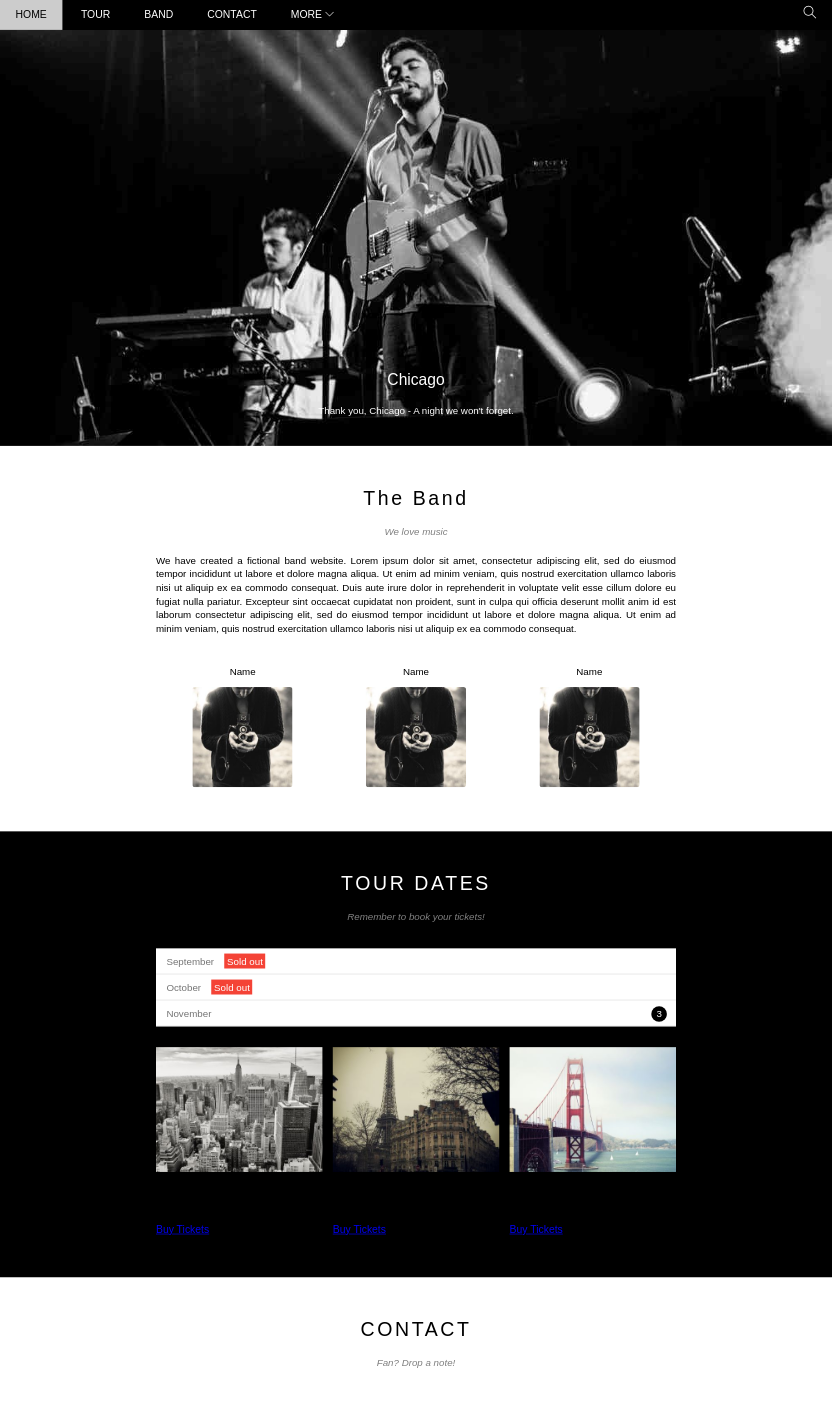
Repository: ducvui2003/LTCB
Page: index.html
An editor plug-in stored every save of this project. The page is shown before and after the next save, followed by the edit.
The browser window is 1280 px wide. The pictures show the whole page, at 65% of full size.
The pointer rests on the first visible `.place-img`.

Above is the page before, as saved 2022-01-10 10:26:25.

After the next save:
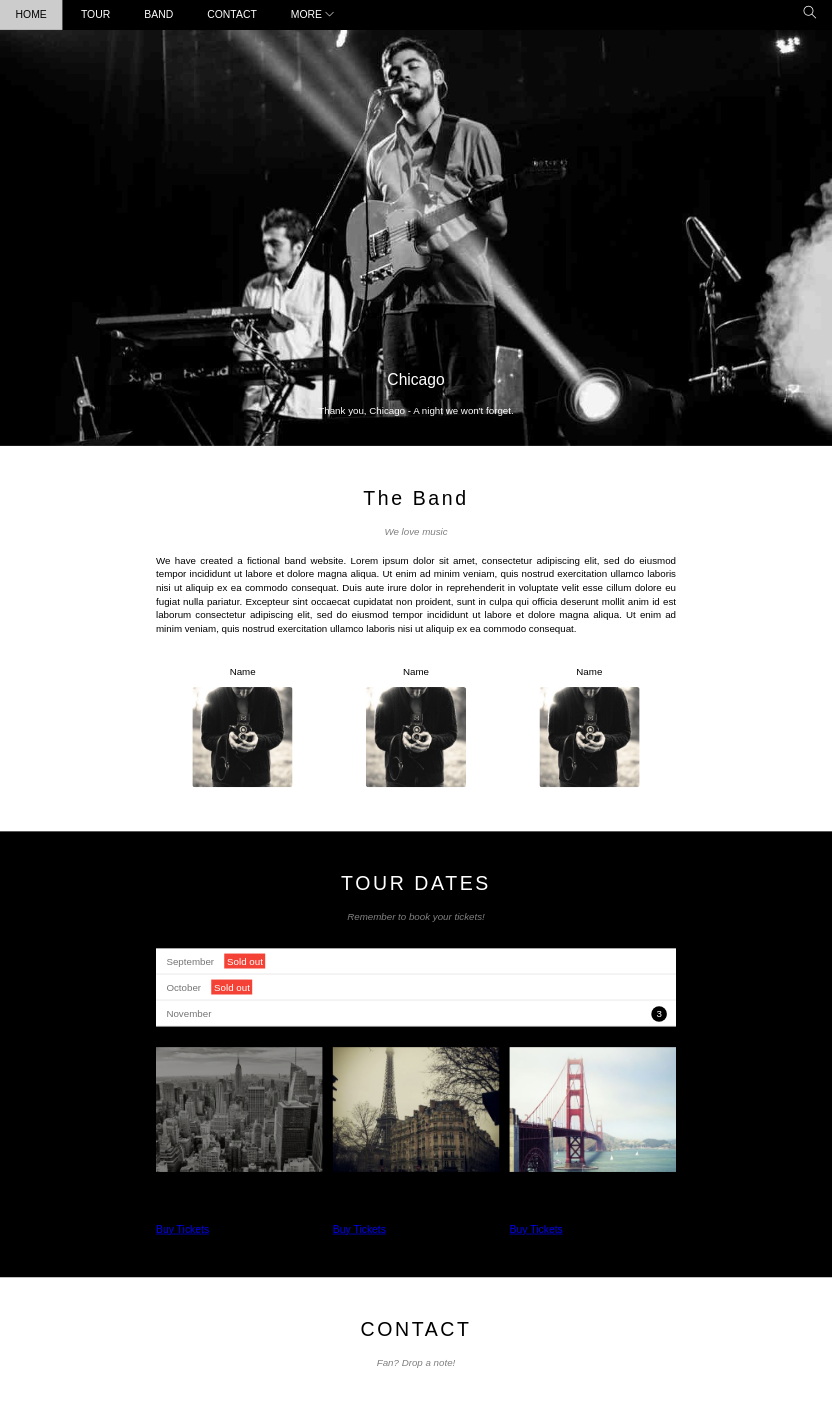
Saved 7 s later.
--- a/assest/Css/styles.css
+++ b/assest/Css/styles.css
@@ -269,7 +269,9 @@
     width: 100%;
 }
 
-.place-img:hover {}
+.place-img:hover {
+    opacity: 0.6;
+}
 
 .place-body {}
 
